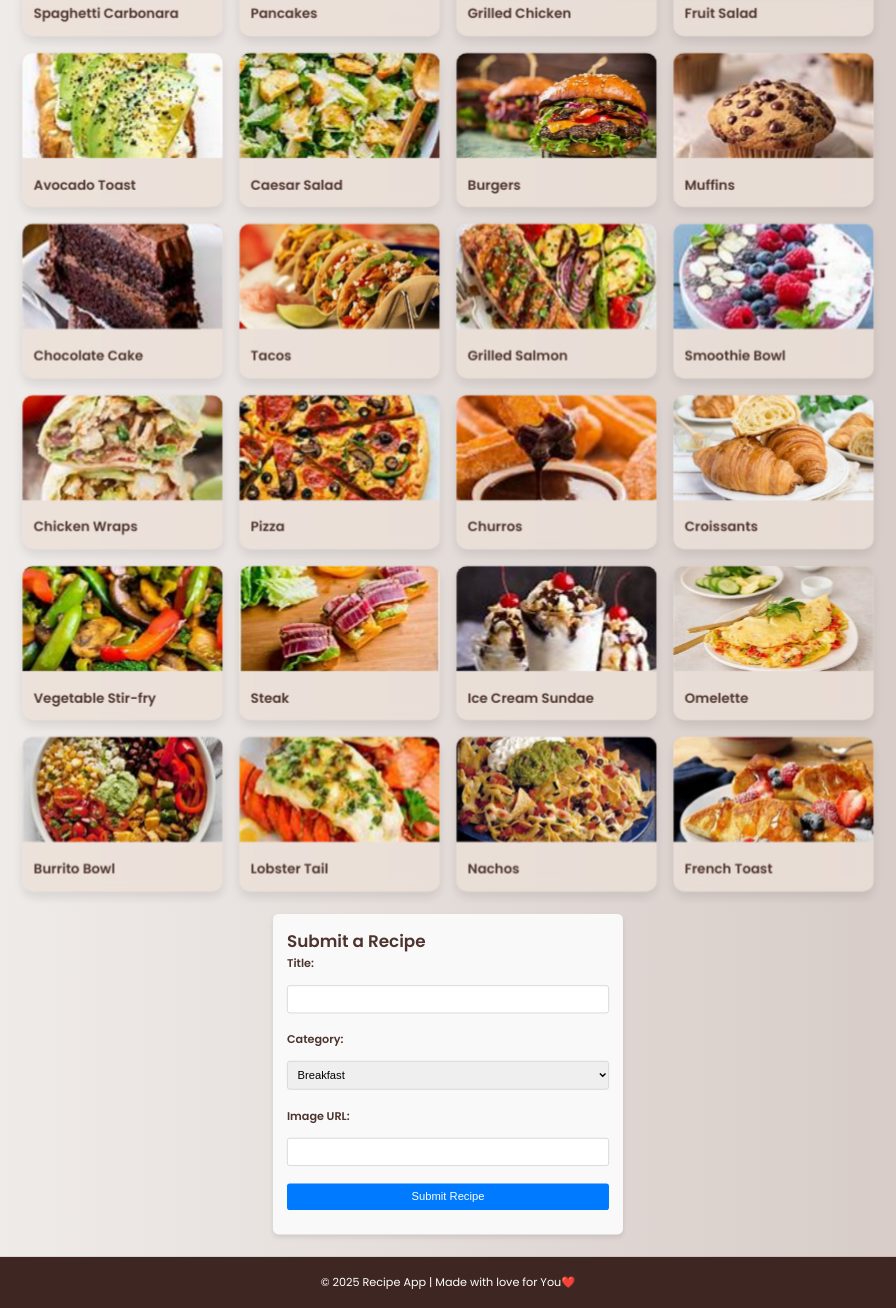
Repository: Patience225/recipe-app
Page: index.html
These files come from the project's save history. The page is drawn as it stood at one moment and after a run of saves; the edit follows.
The browser window is 1280 px wide. The pictures show the part of the page from y = 792 to 2712 px (the page is 2660 px tall before and 2712 px after), at 70% of full size.

Above is the page before, as saved 2025-01-30 02:37:58.

After the next 2 saves:
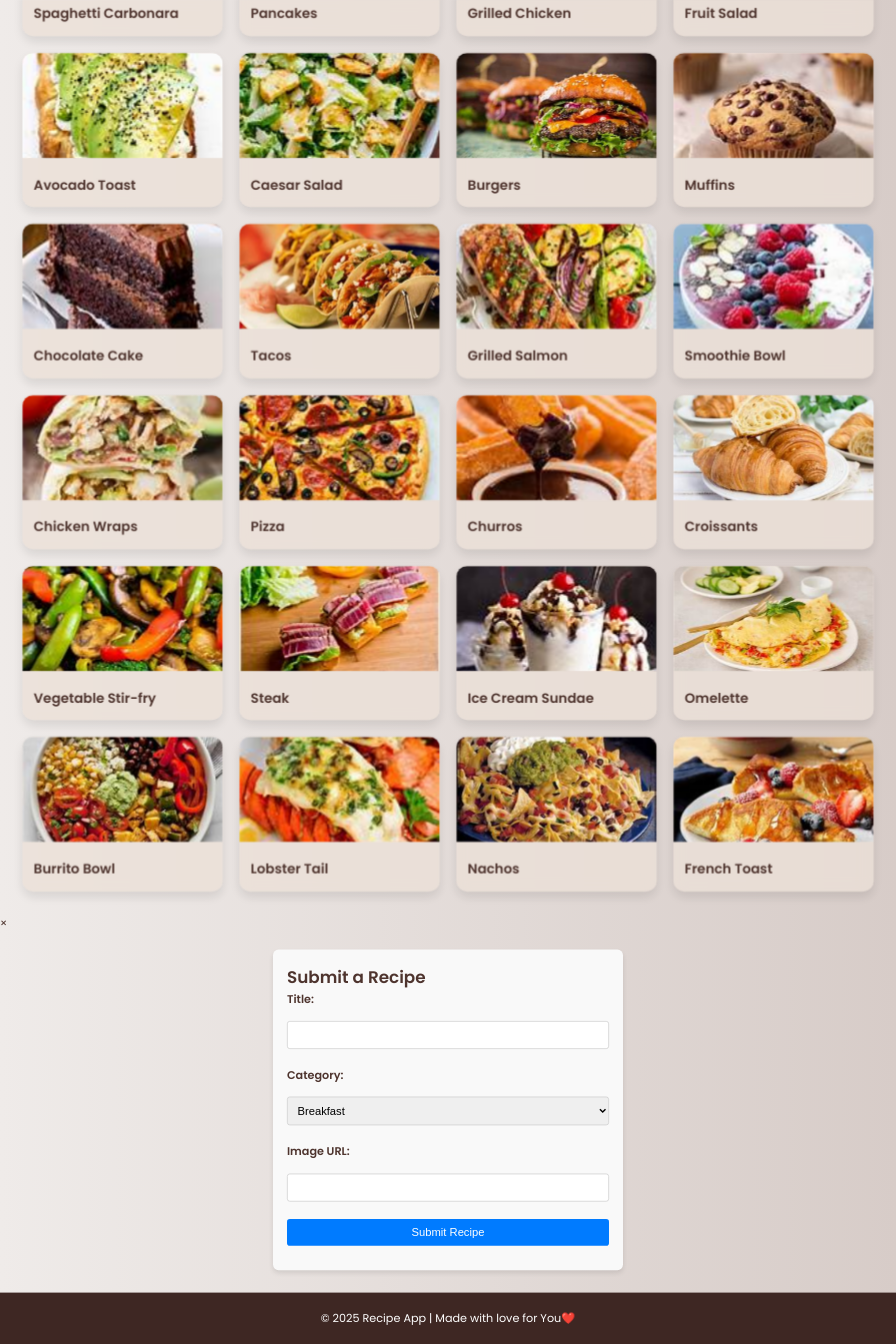
The 2 saves are shown as one change because they came seconds apart.
The last was saved 107 s later.
--- a/index.html
+++ b/index.html
@@ -33,7 +33,8 @@
     </div>
   </section>
 
-  <section id="recipe-list">
+  <section id="recipe-list"></section>
+
   <div id="recipe-modal" class="modal">
     <div class="modal-content">
       <span class="close-btn">&times;</span>
@@ -42,7 +43,6 @@
       <p id="modal-description"></p>
     </div>
   </div>
-</section>
 
   <div id="recipe-form-container">
     <h2>Submit a Recipe</h2>
